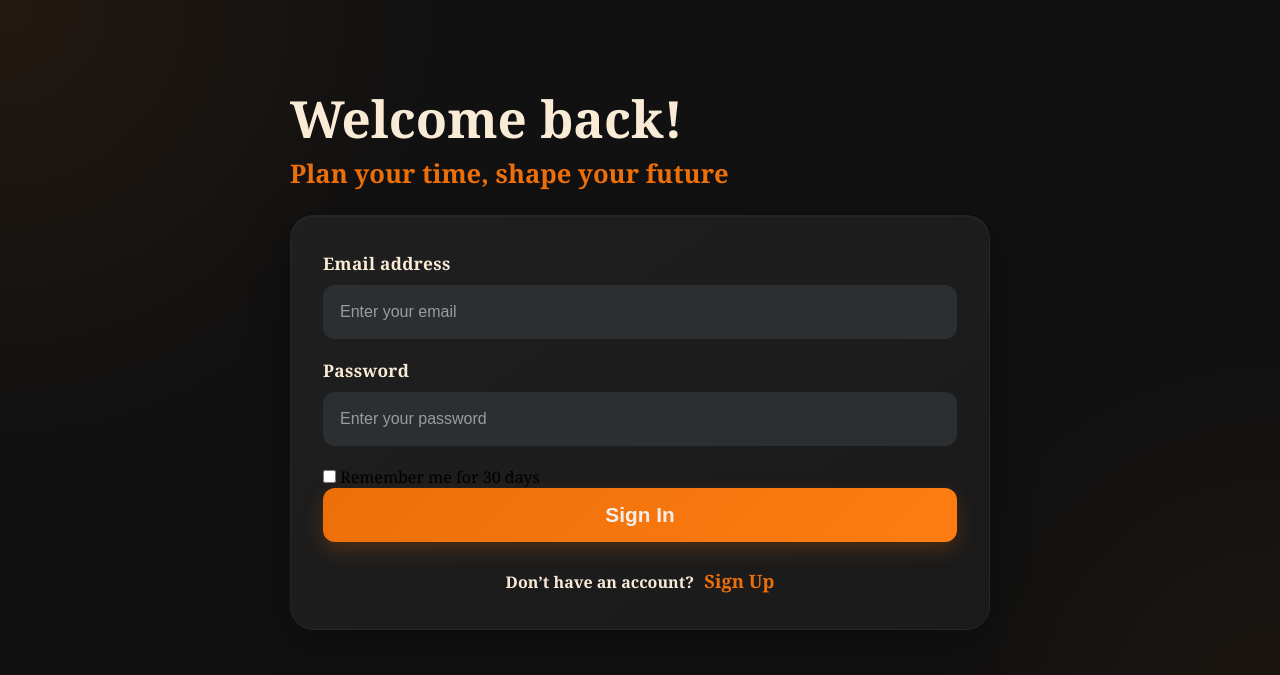
Repository: HaifaBaderBinDuhaim/web
Page: Frontend/logIn.html
An editor plug-in stored every save of this project. The page is shown before and after the next save, followed by the edit.
The browser window is 1280 px wide. The pictures show the whole page.

Above is the page before, as saved 2026-04-10 20:54:55.

### Frontend/logIn.html
<!doctype html>
<html lang="en">
  <head>
    <meta charset="UTF-8" />
    <meta name="viewport" content="width=device-width, initial-scale=1.0" />
    <title>Smart Study Planner - Login</title>
    <link rel="stylesheet" href="styleLogin.css" />
  </head>
  <body class="body">
    <article class="register">
      <div class="heading">
        <h1 class="header1">Welcome back!</h1>
        <h3 class="quote">Plan your time, shape your future</h3>
      </div>

      <section class="background">
        <form class="form">
          <div class="input-group">
            <label for="email" class="labels">Email address</label>
            <input
              id="email"
              name="email"
              type="email"
              placeholder="Enter your email"
              class="whiteButton"
            />
          </div>

          <div class="input-group">
            <label for="password" class="labels">Password</label>
            <input
              id="password"
              name="password"
              type="password"
              placeholder="Enter your password"
              class="whiteButton"
            />
          </div>

          <div class="options-row">
            <div class="remember-box">
              <input type="checkbox" id="reminder" />
              <label for="reminder" class="remember-text"
                >Remember me for 30 days</label
              >
            </div>

            <!-- <a href="#" class="forgot-password">Forgot password?</a> -->
          </div>

          <button type="button" class="button" onclick="goToPage()">
            Sign In
          </button>
        </form>

        <h5 class="account-text">
          Don’t have an account?
          <a href="register.html" target="_blank" class="sign-up">Sign Up</a>
        </h5>
      </section>
    </article>

    <script>
      function goToPage() {
        window.location.href = "courses2.html";
      }
    </script>
  </body>
</html>

### Frontend/styleLogin.css
* {
  margin: 0;
  padding: 0;
  box-sizing: border-box;
}

/* =========================================================
   LOGIN + REGISTER PAGES
========================================================= */
body,
.body {
  min-height: 100vh;
  display: flex;
  justify-content: center;
  align-items: center;
  background:
    radial-gradient(
      circle at top left,
      rgba(236, 111, 9, 0.08),
      transparent 30%
    ),
    radial-gradient(
      circle at bottom right,
      rgba(236, 111, 9, 0.05),
      transparent 25%
    ),
    #111111;
  padding: 40px 20px;
  font-family: Georgia, "Times New Roman", serif;
}

.register {
  width: 100%;
  max-width: 700px;
}

.heading {
  margin-bottom: 24px;
}

.header1 {
  color: antiquewhite;
  font-size: clamp(2.2rem, 4vw, 3.7rem);
  margin-bottom: 10px;
  line-height: 1.1;
}

.quote {
  color: #ec6f09;
  font-size: clamp(1.1rem, 2vw, 1.7rem);
  font-weight: 600;
}

.background {
  width: 100%;
  background: linear-gradient(145deg, #1f1f1f, #1a1a1a);
  border-radius: 24px;
  padding: 36px 32px;
  box-shadow:
    0 12px 40px rgba(0, 0, 0, 0.35),
    inset 0 1px 0 rgba(255, 255, 255, 0.03);
  border: 1px solid rgba(255, 255, 255, 0.04);
}

.form {
  width: 100%;
}

.input-group {
  margin-bottom: 20px;
}

.labels {
  display: block;
  margin-bottom: 10px;
  color: antiquewhite;
  font-weight: bold;
  font-size: 1.08rem;
  letter-spacing: 0.3px;
}

.whiteButton {
  width: 100%;
  min-height: 54px;
  background-color: #2c2f31;
  border-radius: 12px;
  border: 1px solid transparent;
  color: antiquewhite;
  padding: 0 16px;
  font-size: 1rem;
  transition: 0.25s ease;
}

.whiteButton::placeholder {
  color: #9b9b9b;
}

.whiteButton:focus {
  outline: none;
  border: 1px solid #ec6f09;
  box-shadow: 0 0 0 4px rgba(236, 111, 9, 0.12);
  background-color: #313436;
}

.check-row {
  display: flex;
  align-items: center;
  gap: 10px;
  margin: 8px 0 26px;
  flex-wrap: wrap;
}

.check-row input[type="checkbox"] {
  width: 18px;
  height: 18px;
  accent-color: #ec6f09;
  cursor: pointer;
}

.check-label {
  color: antiquewhite;
  font-size: 0.98rem;
  cursor: pointer;
}

.button {
  width: 100%;
  background: linear-gradient(135deg, #ec6f09, #ff7d12);
  padding: 15px 20px;
  border: none;
  border-radius: 12px;
  color: rgb(242, 239, 235);
  font-size: 1.3rem;
  font-weight: bold;
  cursor: pointer;
  transition: 0.25s ease;
  margin-bottom: 20px;
  box-shadow: 0 8px 20px rgba(236, 111, 9, 0.22);
}

.button:hover {
  transform: translateY(-2px);
  box-shadow: 0 12px 24px rgba(236, 111, 9, 0.28);
}

.button:active {
  transform: translateY(0);
}

.account-text {
  text-align: center;
  color: antiquewhite;
  font-size: 1rem;
  margin-top: 6px;
}

.sign-up {
  font-size: 1.15rem;
  text-decoration: none;
  color: #ec6f09;
  font-weight: bold;
  margin-left: 6px;
}

.sign-up:hover {
  text-decoration: underline;
  color: #ff8d2f;
}

/* Tablet */
@media (max-width: 768px) {
  .register {
    max-width: 580px;
  }

  .background {
    padding: 28px 22px;
    border-radius: 20px;
  }

  .button {
    font-size: 1.15rem;
  }
}

/* Mobile */
@media (max-width: 480px) {
  body,
  .body {
    padding: 24px 14px;
  }

  .header1 {
    font-size: 2rem;
  }

  .quote {
    font-size: 1rem;
  }

  .background {
    padding: 22px 16px;
    border-radius: 18px;
  }

  .labels {
    font-size: 1rem;
  }

  .whiteButton {
    min-height: 48px;
    font-size: 0.95rem;
  }

  .button {
    font-size: 1.05rem;
    padding: 13px;
  }

  .account-text {
    font-size: 0.95rem;
  }

  .sign-up {
    font-size: 1rem;
  }
}

/* =========================================================
   SIDEBAR
========================================================= */
.body-sidebare {
  background-color: #111111;
  font-family: Arial, sans-serif;
  min-height: 100vh;
  padding: 30px;
}

.sidebar {
  width: 260px;
  min-height: 100vh;
  background-color: #1e1e1e;
  color: white;
  padding: 25px 18px;
  border-radius: 20px;
}

.logo {
  display: flex;
  align-items: center;
  gap: 12px;
  margin-bottom: 35px;
  font-size: 28px;
  font-weight: bold;
}

.logo svg {
  width: 22px;
  height: 22px;
  color: #b197fc;
}

.menu {
  display: flex;
  flex-direction: column;
  gap: 8px;
}

.item {
  display: flex;
  align-items: center;
  gap: 12px;
  padding: 12px 14px;
  border-radius: 12px;
  cursor: pointer;
  transition: 0.3s;
  color: #d1d1d1;
}

.item:hover {
  background-color: #2a2a2a;
  color: white;
}

.item svg {
  width: 20px;
  height: 20px;
}

.link {
  text-decoration: none;
  color: antiquewhite;
  font-size: 1rem;
}

.link:hover {
  text-decoration: underline;
  font-size: 1rem;
}

After the next save:
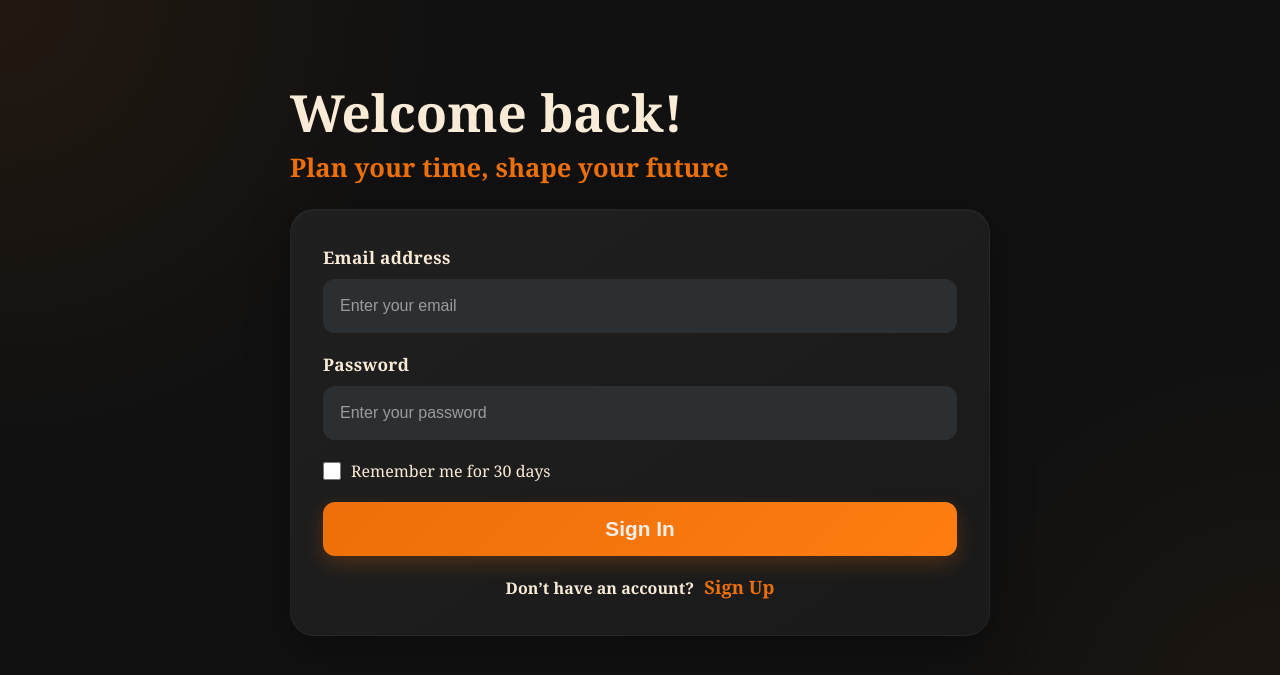
Saved 100 min 43 s later.
--- a/Frontend/styleLogin.css
+++ b/Frontend/styleLogin.css
@@ -225,6 +225,46 @@ body,
     font-size: 1rem;
   }
 }
+.options-row {
+  display: flex;
+  align-items: center;
+  justify-content: flex-start;
+  gap: 10px;
+  margin: 8px 0 20px;
+  flex-wrap: wrap;
+}
+
+.remember-box {
+  display: flex;
+  align-items: center;
+  gap: 10px;
+}
+
+.remember-box input[type="checkbox"] {
+  width: 18px;
+  height: 18px;
+  accent-color: #ec6f09;
+  cursor: pointer;
+}
+
+.remember-text {
+  color: antiquewhite;
+  font-size: 1rem;
+  cursor: pointer;
+}
+
+.button {
+  display: block;
+  width: 100%;
+  margin-bottom: 18px;
+}
+
+.account-text {
+  text-align: center;
+  color: antiquewhite;
+  font-size: 1rem;
+  margin-top: 0;
+}
 
 /* =========================================================
    SIDEBAR
